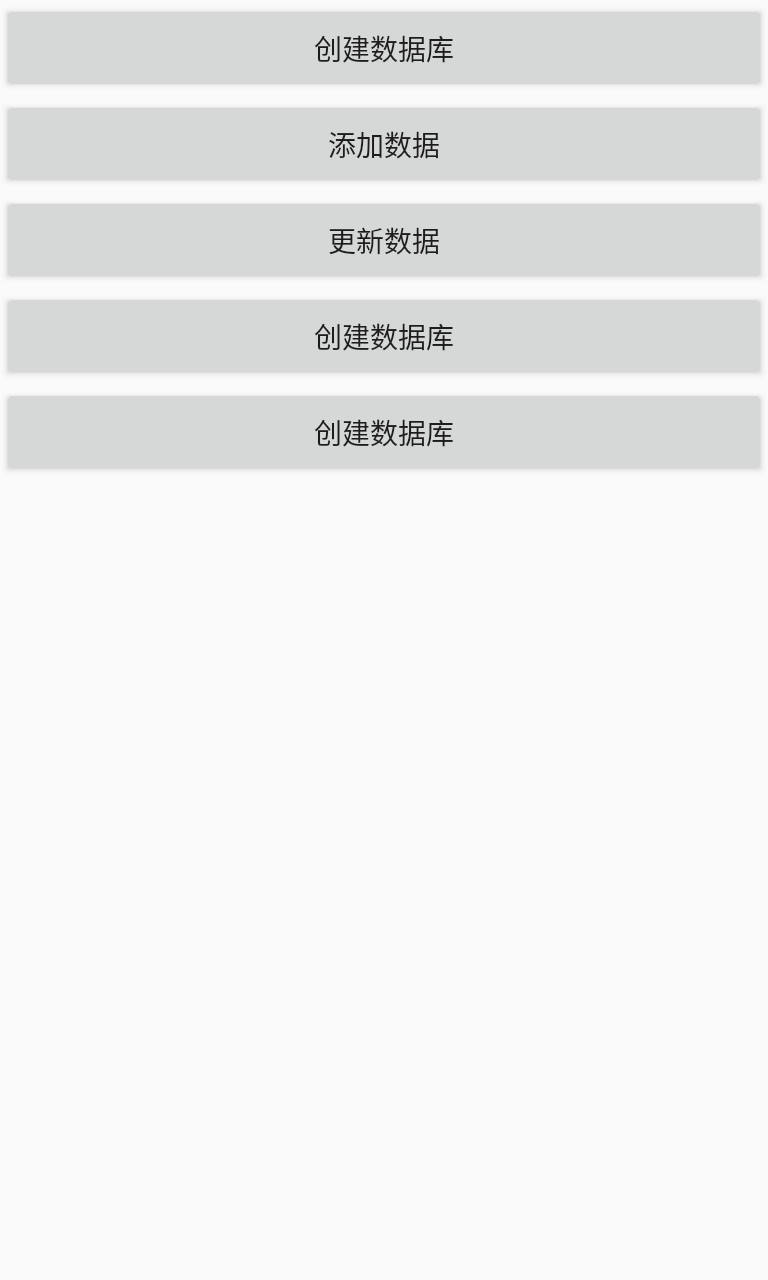
Repository: leondott/ruijie
Layout: Rush/res/layout/act_using_database.xml
An editor plug-in stored every save of this project. The layout is shown before and after the next save, followed by the edit.
It is drawn on a 768 x 1280 px phone screen (xhdpi) without system bars, with theme AppTheme; the app's code is not run.

Above is the layout before, as saved 2014-08-24 03:08:16.

### Rush/res/layout/act_using_database.xml
<?xml version="1.0" encoding="utf-8"?>
<LinearLayout xmlns:android="http://schemas.android.com/apk/res/android"
    android:layout_width="match_parent"
    android:layout_height="match_parent"
    android:orientation="vertical" >

    <Button
        android:id="@+id/btn_create"
        android:layout_width="fill_parent"
        android:layout_height="wrap_content"
        android:text="创建数据库" />

     <Button
        android:id="@+id/btn_add"
        android:layout_width="fill_parent"
        android:layout_height="wrap_content"
        android:text="添加数据" />

      <Button
        android:id="@+id/btn_update"
        android:layout_width="fill_parent"
        android:layout_height="wrap_content"
        android:text="更新数据" />

       <Button
        android:id="@+id/btn_create"
        android:layout_width="fill_parent"
        android:layout_height="wrap_content"
        android:text="创建数据库" />

        <Button
        android:id="@+id/btn_create"
        android:layout_width="fill_parent"
        android:layout_height="wrap_content"
        android:text="创建数据库" />

</LinearLayout>

### Rush/res/values/strings.xml
<?xml version="1.0" encoding="utf-8"?>
<resources>

    <string name="app_name">Rush</string>
    <string name="hello_world">Hello world!</string>
    <string name="action_settings">Settings</string>

    <string name="act_using_webview_btn_reg">开启短信监听</string>
    <string name="act_using_webview_btn_unreg">关闭短信监听</string>

    <string name="act_using_database_btn_create">创建数据库</string>
    <string name="act_using_database_btn_add">新增数据</string>
    <string name="act_using_database_btn_update">更新数据</string>
    <string name="act_using_database_btn_delete">删除数据</string>
    <string name="act_using_database_btn_query">查询数据</string>

</resources>

Loaded but not shown: Rush/res/values/styles.xml (common file); Rush/res/values-v11/styles.xml (common file); Rush/res/values-v14/styles.xml (common file)

After the next save:
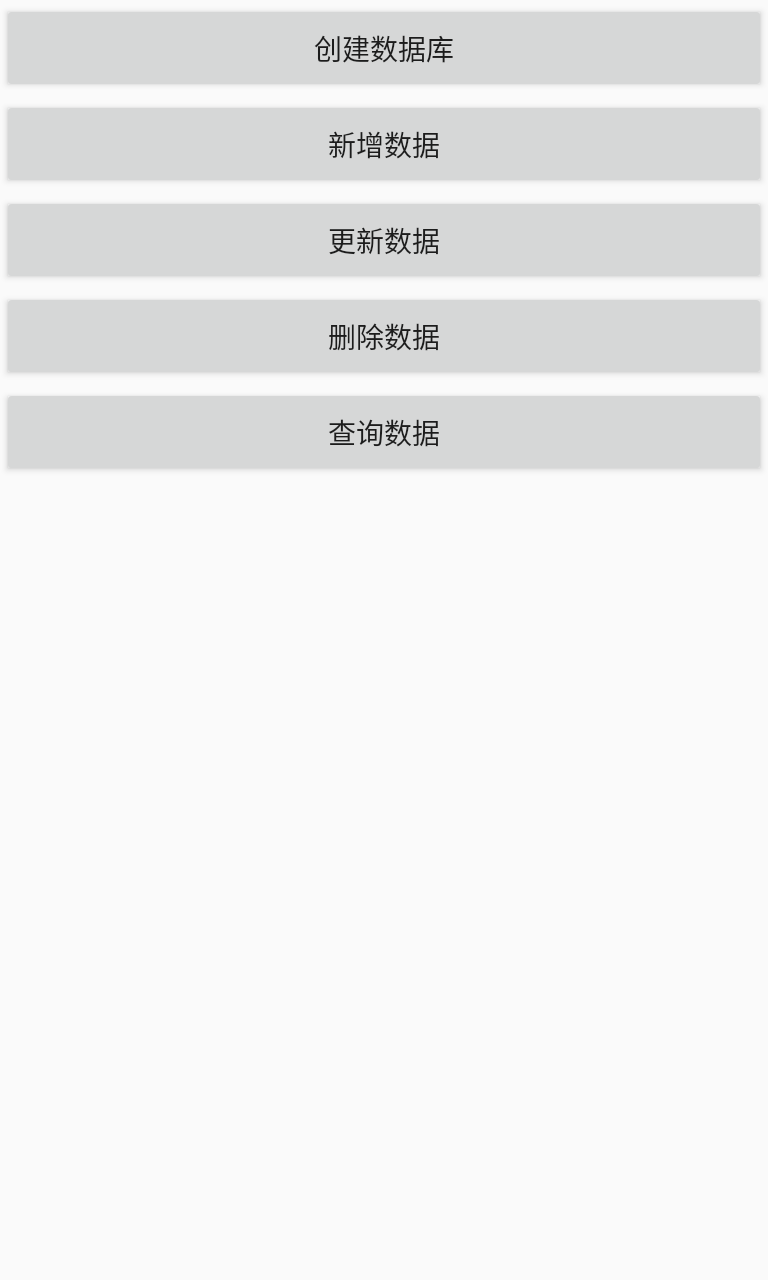
Saved 64 s later.
--- a/Rush/res/layout/act_using_database.xml
+++ b/Rush/res/layout/act_using_database.xml
@@ -8,30 +8,30 @@
         android:id="@+id/btn_create"
         android:layout_width="fill_parent"
         android:layout_height="wrap_content"
-        android:text="创建数据库" />
+        android:text="@string/act_using_database_btn_create" />
 
      <Button
         android:id="@+id/btn_add"
         android:layout_width="fill_parent"
         android:layout_height="wrap_content"
-        android:text="添加数据" />
+        android:text="@string/act_using_database_btn_add" />
 
       <Button
         android:id="@+id/btn_update"
         android:layout_width="fill_parent"
         android:layout_height="wrap_content"
-        android:text="更新数据" />
+        android:text="@string/act_using_database_btn_update" />
 
        <Button
-        android:id="@+id/btn_create"
+        android:id="@+id/btn_delete"
         android:layout_width="fill_parent"
         android:layout_height="wrap_content"
-        android:text="创建数据库" />
+        android:text="@string/act_using_database_btn_delete" />
 
         <Button
-        android:id="@+id/btn_create"
+        android:id="@+id/btn_query"
         android:layout_width="fill_parent"
         android:layout_height="wrap_content"
-        android:text="创建数据库" />
+        android:text="@string/act_using_database_btn_query" />
 
 </LinearLayout>
